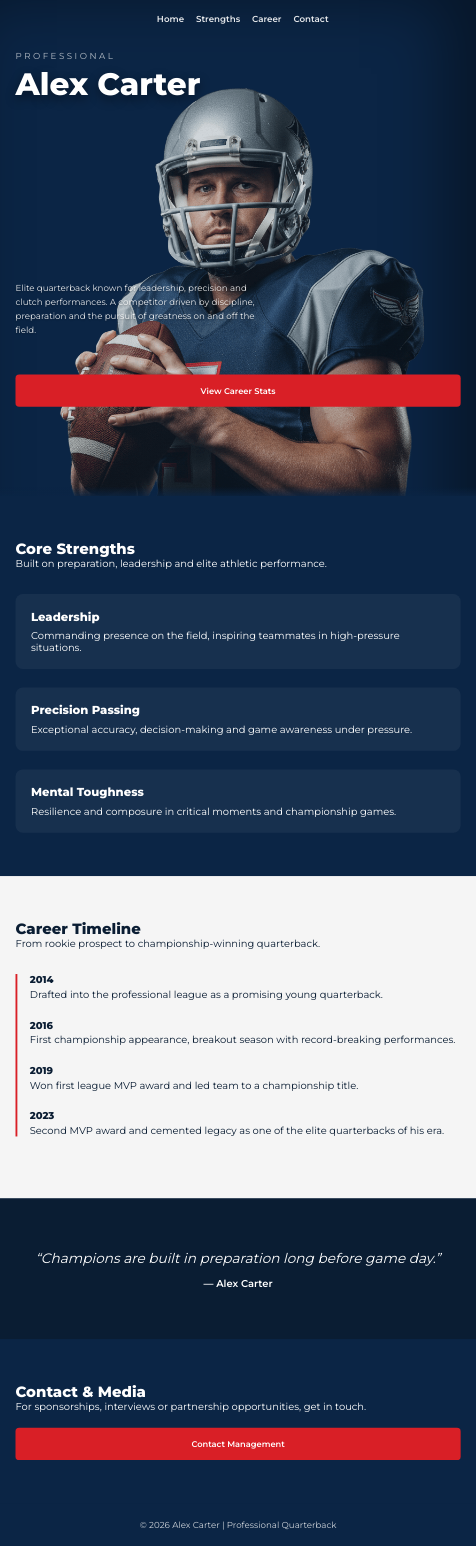
Repository: davidfsillva/Alex-Carter
Page: index.html
The author's editor kept a copy of each file at every save. The page is drawn from the files as they stood at one save, then again after the next save.
The browser window is 768 px wide. The pictures show the whole page, at 62% of full size.

Above is the page before, as saved 2026-02-12 17:07:03.

### index.html
<!DOCTYPE html>
<html lang="en">
<head>
  <meta charset="UTF-8" />
  <meta name="viewport" content="width=device-width, initial-scale=1.0"/>
  <title>Alex Carter | Professional Quarterback</title>
  <link rel="stylesheet" href="style.css" />
  <link rel="preconnect" href="https://fonts.googleapis.com">
  <link rel="preconnect" href="https://fonts.gstatic.com" crossorigin>
  <link href="https://fonts.googleapis.com/css2?family=Montserrat:wght@400;600;800&display=swap" rel="stylesheet">
</head>
<body>

<!-- NAVBAR -->
<header class="navbar">
  <nav>
    <a href="#">Home</a>
    <a href="#skills">Strengths</a>
    <a href="#career">Career</a>
    <a href="#contact">Contact</a>
  </nav>
</header>

<!-- HERO -->
<section class="hero">
  <div class="hero-left">
    <span class="tag">PROFESSIONAL</span>
    <h1>Alex Carter</h1>

    <div class="hero-content-bottom">
      <ul class="stats">
        <li>12 Seasons</li>
        <li>4 Championship Appearances</li>
        <li>2 League MVP Awards</li>
        <li>Elite Passing Record</li>
      </ul>
    </div>

    <div class="gt">
      <p class="description">
        Elite quarterback known for leadership, precision and clutch performances.
        A competitor driven by discipline, preparation and the pursuit of greatness
        on and off the field.
      </p>
      <button class="cta" onclick="window.location.href='Alex_Carter_Stats.pdf'">
        View Career Stats
      </button>
    </div>

  </div>

  <div class="hero-right">
    <img src="img/spbw.png" alt="Alex Carter Quarterback">
  </div>
</section>

<!-- STRENGTHS SECTION -->
<section id="skills" class="section dark">
  <div class="container">
    <h2>Core Strengths</h2>
    <p>Built on preparation, leadership and elite athletic performance.</p>

    <div class="grid">
      <div class="card">
        <h3>Leadership</h3>
        <p>Commanding presence on the field, inspiring teammates in high-pressure situations.</p>
      </div>

      <div class="card">
        <h3>Precision Passing</h3>
        <p>Exceptional accuracy, decision-making and game awareness under pressure.</p>
      </div>

      <div class="card">
        <h3>Mental Toughness</h3>
        <p>Resilience and composure in critical moments and championship games.</p>
      </div>
    </div>
  </div>
</section>

<!-- CAREER SECTION -->
<section id="career" class="section light">
  <div class="container">
    <h2>Career Timeline</h2>

    <p>From rookie prospect to championship-winning quarterback.</p>

    <div class="timeline">
      <div class="timeline-item">
        <h4>2014</h4>
        <p>Drafted into the professional league as a promising young quarterback.</p>
      </div>

      <div class="timeline-item">
        <h4>2016</h4>
        <p>First championship appearance, breakout season with record-breaking performances.</p>
      </div>

      <div class="timeline-item">
        <h4>2019</h4>
        <p>Won first league MVP award and led team to a championship title.</p>
      </div>

      <div class="timeline-item">
        <h4>2023</h4>
        <p>Second MVP award and cemented legacy as one of the elite quarterbacks of his era.</p>
      </div>
    </div>
  </div>
</section>

<!-- QUOTE SECTION -->
<section class="quote">
  <div class="container">
    <blockquote>
      “Champions are built in preparation long before game day.”
    </blockquote>
    <span>— Alex Carter</span>
  </div>
</section>

<!-- CONTACT SECTION -->
<section id="contact" class="section dark">
  <div class="container">
    <h2>Contact & Media</h2>
    <p>For sponsorships, interviews or partnership opportunities, get in touch.</p>
    <button class="cta" onclick="window.location.href='mailto:alexcarter@agency.com'">
      Contact Management
    </button>
  </div>
</section>

<!-- FOOTER -->
<footer class="footer">
  <p>© 2026 Alex Carter | Professional Quarterback</p>
</footer>

<script src="scripts.js"></script>
</body>
</html>

### style.css
/* =====================
   RESET E FONTES
===================== */
* {
  margin: 0;
  padding: 0;
  box-sizing: border-box;
  font-family: 'Montserrat', sans-serif;
}

body {
  background: #6b7c86;
  color: #fff;
}

/* =====================
   NAVBAR
===================== */
.navbar {
  position: absolute;
  top: 0;
  width: 100%;
  padding: 30px 60px;
  display: flex;
  justify-content: space-between;
  align-items: center;
  z-index: 10;
}

.navbar .logo {
  color: #fff;
  font-weight: 800;
  font-size: 22px;
  letter-spacing: 2px;
}

.navbar nav a {
  color: #fff;
  text-decoration: none;
  margin-left: 30px;
  font-weight: 600;
  opacity: 0.9;
  transition: 0.3s ease;
}

.navbar nav a:hover {
  opacity: 1;
  color: #d91f26;
}

/* =====================
   HERO SECTION
===================== */
.hero {
  background: #d91f26;
  display: flex;
  height: 100vh;
  overflow: hidden;
}

/* HERO LEFT */
.hero-left {
  width: 55%;
  background: linear-gradient(135deg, #0b2545, #0a1d33);
  padding: 140px 80px;
  color: #fff;
  position: relative;
  box-shadow: inset -50px 0 100px rgba(0,0,0,0.4);

  clip-path: polygon(0 0, 96% 0, 90% 100%, 0% 100%);
}


.hero-left .tag {
  letter-spacing: 4px;
  font-size: 14px;
  opacity: 0.7;
}

.hero-left h1 {
  font-size: 85px;
  font-weight: 800;
  margin: 10px 0 30px;
  line-height: 0.9;
  text-shadow: 0 6px 18px rgba(0, 0, 0, 0.45);

}

.stats {
  list-style: none;
  margin-bottom: 25px;
}

.stats li {
  margin-bottom: 10px;
  font-size: 15px;
  opacity: 0.85;
  position: relative;
  padding-left: 18px;
  text-shadow: 0 2px 4px rgba(0, 0, 0, 0.4);

}

.stats li::before {
  content: "";
  width: 6px;
  height: 6px;
  background: #d91f26;
  position: absolute;
  left: 0;
  top: 8px;
}

.description {
  max-width: 420px;
  font-size: 15px;
  margin-bottom: 35px;
  opacity: 0.9;
  line-height: 1.6;
  text-shadow: 0 1px 3px rgba(0, 0, 0, 0.35);

}

.cta {
  background: #d91f26;
  border: none;
  padding: 14px 36px;
  color: #fff;
  font-weight: 600;
  cursor: pointer;
  transition: all 0.3s ease;
  border-radius: 6px;
}

.cta:hover {
  transform: translateY(-4px);
  box-shadow: 0 10px 25px rgba(217, 31, 38, 0.4);
}

/* Scroll Indicator */
.scroll {
  position: absolute;
  bottom: 40px;
  font-size: 12px;
  letter-spacing: 3px;
  opacity: 0.6;
}

/* HERO RIGHT */
.hero-right {
  width: 45%;
  background: #d91f26;
  display: flex;
  align-items: flex-end;
  justify-content: center;
  position: relative;
  overflow: hidden;

}


.hero-right::before {
  content: "";
  position: absolute;
  width: 600px;
  height: 600px;
  background: rgba(255,255,255,0.05);
  border-radius: 50%;
  top: -200px;
  right: -200px;
}

.hero-right img {
  height: 110%;
  width: auto;
  object-fit: contain;
  align-self: flex-end;
  animation: float 5s ease-in-out infinite;
  position: relative;
  z-index: 2;
}

.hero::after {
  content: "";
  position: absolute;
  bottom: -40px;
  left: 0;
  width: 110%;
  height: 50px;

  background: linear-gradient(
    to bottom,
    rgba(11,37,69,0),
    rgba(11,37,69,1),
    rgba(11,37,69,1),
    rgba(11,37,69,0)
  );

  filter: blur(1px);
  transform: scaleY(1.2);

  pointer-events: none;
  z-index: 10;
}


/* Floating animation */
@keyframes float {
  0% { transform: scale(1); }
  50% { transform: scale(1.02); }
  100% { transform: scale(1); }
}

/* =====================
   SECTIONS (GENERIC)
===================== */
.section {
  padding: 100px 80px;
}

.section.dark {
  background: #0b2545;
  color: #fff;
}

.section.light {
  background: #f5f5f5;
  color: #0a1d33;
}

.container {
  max-width: 1200px;
  margin: 0 auto;
}

/* GRID CARDS */
.grid {
  display: grid;
  grid-template-columns: repeat(auto-fit, minmax(250px, 1fr));
  gap: 30px;
  margin-top: 40px;
}

.card {
  background: rgba(255,255,255,0.05);
  padding: 25px;
  border-radius: 12px;
  transition: transform 0.3s ease, box-shadow 0.3s ease;
}

.card:hover {
  transform: translateY(-5px);
  box-shadow: 0 10px 25px rgba(0,0,0,0.2);
}

.card h3 {
  margin-bottom: 10px;
}

/* TIMELINE */
.timeline {
  margin-top: 40px;
  border-left: 3px solid #d91f26;
  padding-left: 20px;
}

.timeline-item {
  margin-bottom: 30px;
}

.timeline-item h4 {
  margin-bottom: 5px;
}

/* QUOTE */
.quote {
  text-align: center;
  padding: 80px 20px;
  background: #0a1d33;
}

.quote blockquote {
  font-size: 22px;
  font-style: italic;
  max-width: 700px;
  margin: 0 auto 15px;
  line-height: 1.5;
}

.quote span {
  display: block;
  font-weight: 600;
  margin-top: 10px;
}

#contact .cta {
  margin-top: 25px; /* aumenta o espaço entre o texto e o botão */
}


/* FOOTER */
.footer {
  text-align: center;
  padding: 25px 0;
  background: #0b2545;
  font-size: 14px;
  opacity: 0.8;
}

/* =====================
   Mobile
===================== */

@media (max-width: 900px) {

  /* =====================
     BASE
  ===================== */
  body {
    background: #0b2545;
  }

  /* =====================
     HERO
  ===================== */
  .hero {
    position: relative;              /* contexto do overlay */
    display: flex;
    flex-direction: column;
    min-height: auto;
    background: #0b2545;              /* remove vermelho */
  }

  .hero-left,
  .hero-right {
    width: 100%;
    clip-path: none;
  }

  /* =====================
     HERO LEFT (conteúdo + imagem)
  ===================== */
  .hero-left {
    position: relative;
    z-index: 2;                       /* acima do fade */
    padding: 80px 25px 360px 25px;
    text-align: left;

    background:
      linear-gradient(
        rgba(11, 37, 69, 0.15),
        rgba(11, 37, 69, 0.15)
      ),
      url("img/spbw.png");

    background-repeat: no-repeat;
    background-position: center 85px;
    background-size: 115%;
  }

  /* =====================
     ESCONDE ÁREA VERMELHA
  ===================== */
  .hero-right {
    display: none;
  }

  /* =====================
     TEXTO
  ===================== */
  .hero-left .tag {
    margin-top: -40px;
  }

  .hero-left h1 {
    font-size: 50px;
    line-height: 1.1;
  }
  /* esconde os stats no mobile */
  .stats {
    display: none;
  }


  .stats li {
    font-size: 14px;
  }

  .description {
    margin-top: 80px;
    font-size: 14px;
    line-height: 1.6;
  }

  /* =====================
     BOTÃO
  ===================== */
  .cta {
    margin-top: 25px;
    width: 100%;
    padding: 18px;
    position: relative;
    z-index: 3;                       /* segurança extra */
  }

  /* =====================
     SECTIONS
  ===================== */
  .section {
    padding: 70px 25px;
  }

  .grid {
    grid-template-columns: 1fr;
  }

  /* =====================
     NAVBAR
  ===================== */
  .navbar {
    padding: 20px 25px;
    justify-content: center;

  }

  .navbar nav a {
    font-size: 14px;
    margin-left: 15px;
  }

  .hero-content-bottom {
    margin-top: 290px;   /* controla o quão pra baixo vai */
  }



}

### scripts.js
// =============================
// ANIMAÇÃO DE ENTRADA HERO LEFT
// =============================
window.addEventListener("load", () => {
  const heroLeft = document.querySelector(".hero-left");

  // Estado inicial antes da animação
  heroLeft.style.opacity = 0;
  heroLeft.style.transform = "translateX(-40px)";

  // Adiciona animação após pequeno delay
  setTimeout(() => {
    heroLeft.style.transition = "opacity 0.8s ease, transform 0.8s ease";
    heroLeft.style.opacity = 1;
    heroLeft.style.transform = "translateX(0)";
  }, 300);
});

// =============================
// ANIMAÇÃO OPCIONAL PARA BOTÃO CTA
// =============================
const ctaButton = document.querySelector(".cta");

ctaButton.addEventListener("mouseenter", () => {
  ctaButton.style.transform = "scale(1.05)";
});

ctaButton.addEventListener("mouseleave", () => {
  ctaButton.style.transform = "scale(1)";
});

After the next save:
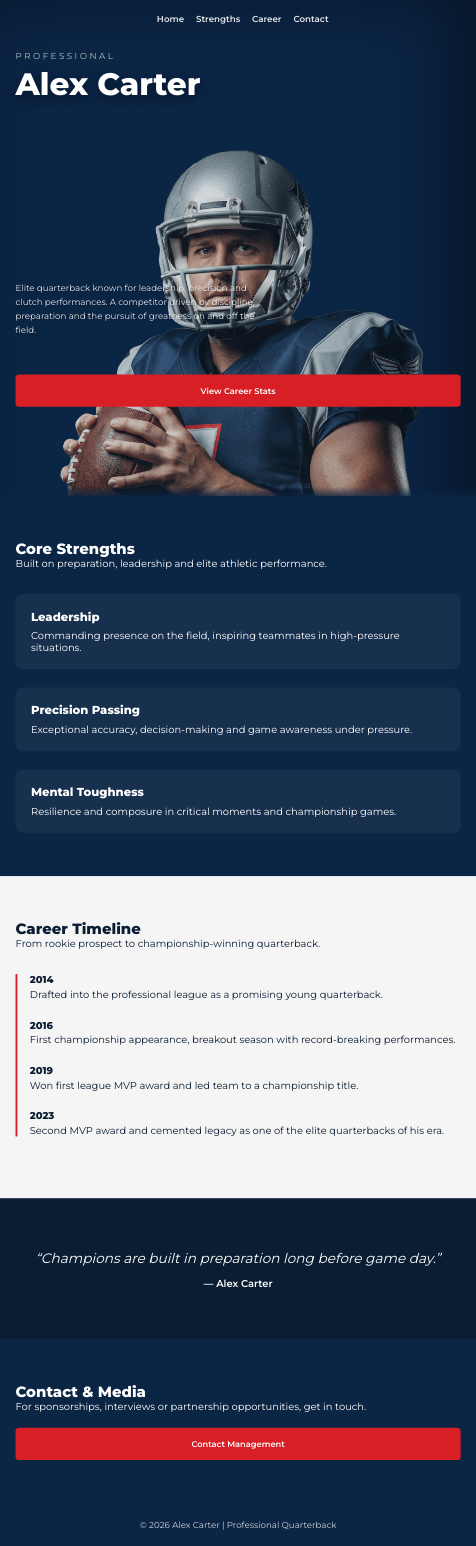
Saved 8 min 24 s later.
--- a/style.css
+++ b/style.css
@@ -354,7 +354,7 @@
       url("img/spbw.png");
 
     background-repeat: no-repeat;
-    background-position: center 85px;
+    background-position: center 185px;
     background-size: 115%;
   }
 

After the save that followed:
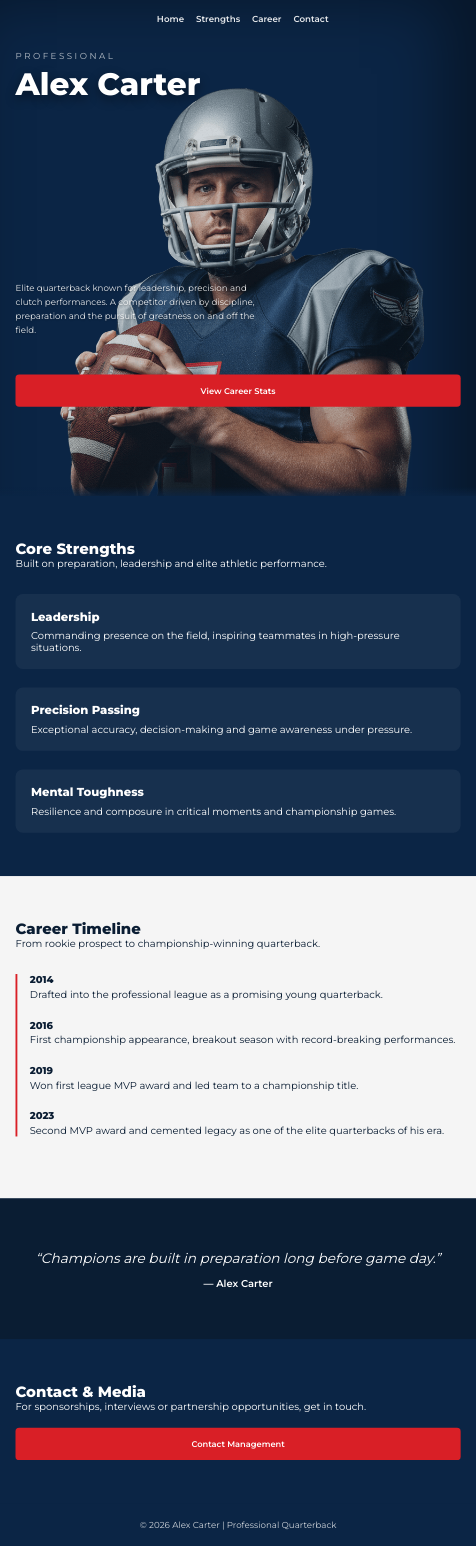
Saved 15 s later.
--- a/style.css
+++ b/style.css
@@ -354,7 +354,7 @@
       url("img/spbw.png");
 
     background-repeat: no-repeat;
-    background-position: center 185px;
+    background-position: center 85px;
     background-size: 115%;
   }
 
